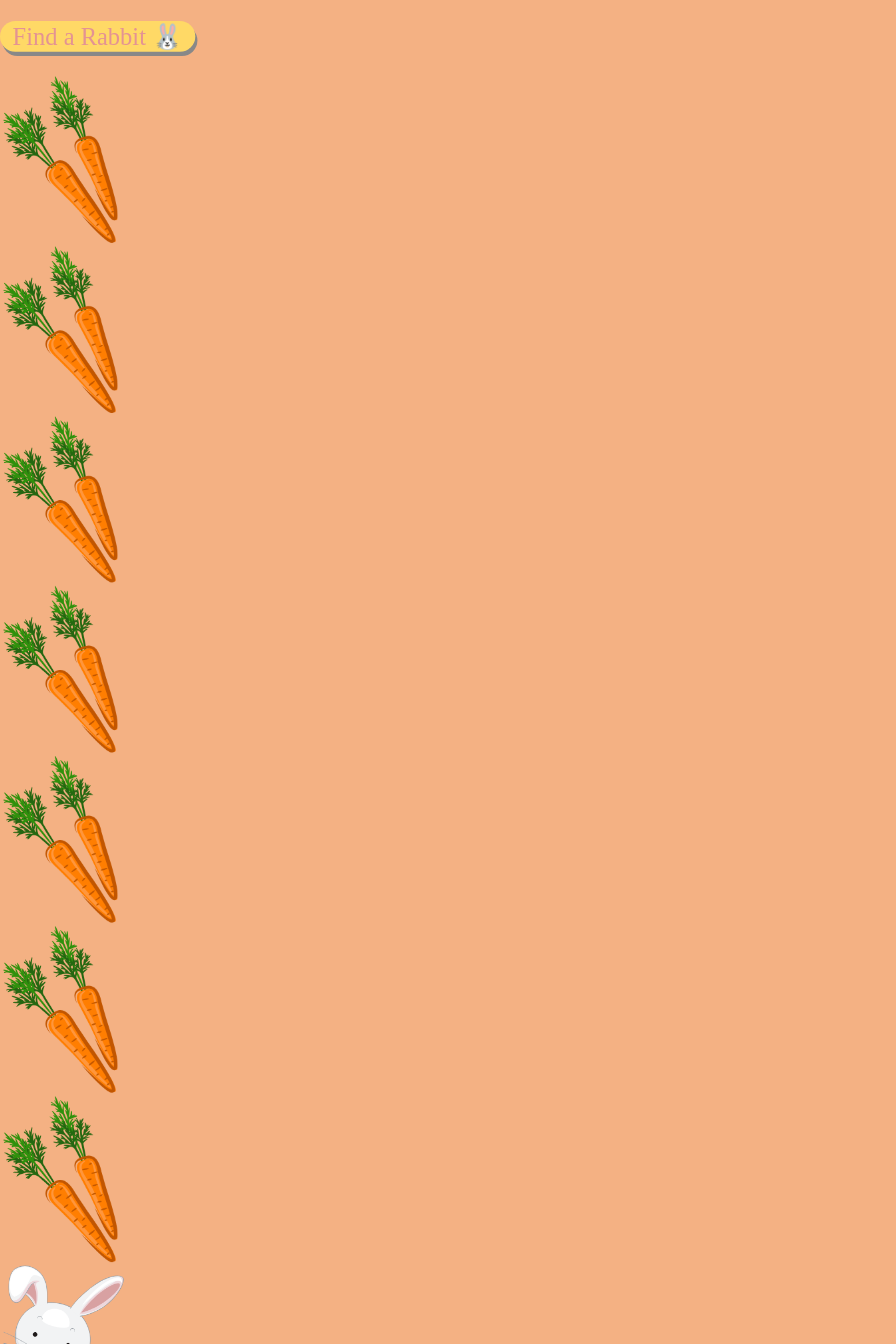
Repository: sephinejo/frontend-browser-101
Page: browser/practice-find-rabbit/index.html
An editor plug-in stored every save of this project. The page is shown before and after the next save, followed by the edit.
The browser window is 1280 px wide. The pictures show the part of the page from y = 0 to 1920 px (the page is 2990 px tall before and 3045 px after), at 70% of full size.
Some web fonts or font styles are not loaded; a fallback is used.

Above is the page before, as saved 2023-05-10 21:31:06.

After the next save:
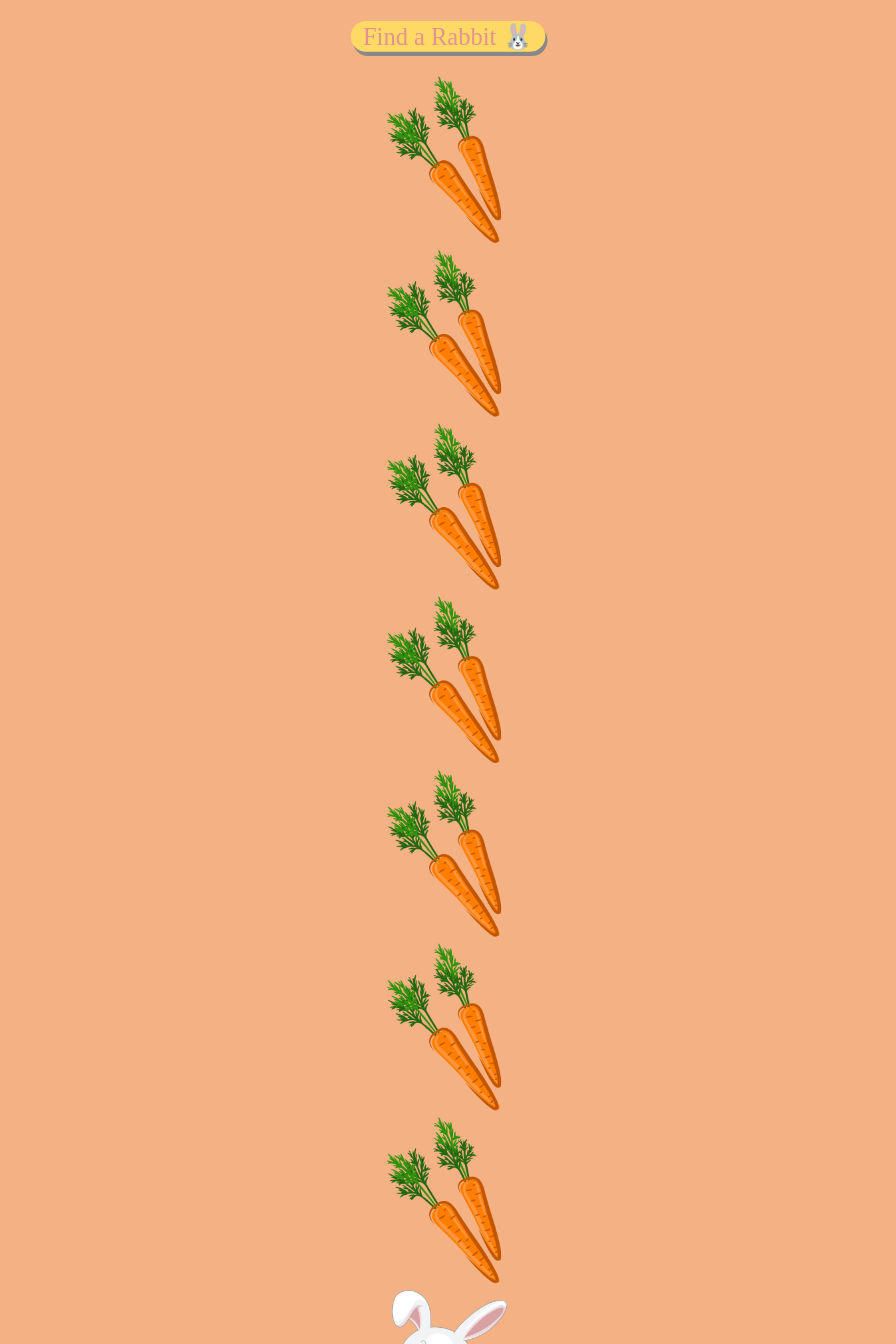
Saved 29 s later.
--- a/browser/practice-find-rabbit/index.html
+++ b/browser/practice-find-rabbit/index.html
@@ -13,7 +13,8 @@
     <style>
       body {
         margin: 0;
-        text-align: ;
+        display: flex;
+        flex-direction: column;
         align-items: center;
         background-color: #f4b183;
       }
@@ -35,7 +36,6 @@
       }
 
       img {
-        display: block;
         margin: 5px;
         width: 175px;
       }
